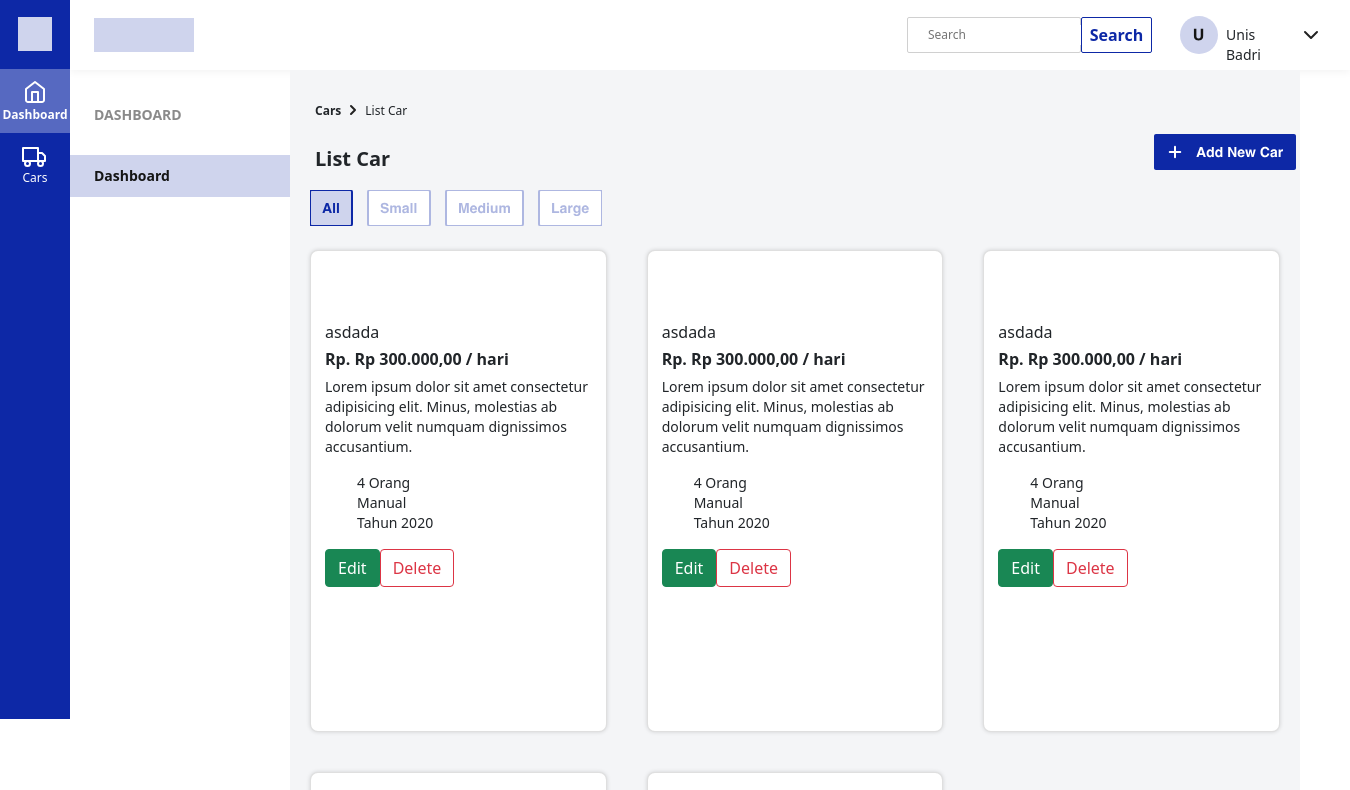
Repository: farrelmuhammad/challenge-7-binar
Page: /carlist
The author's editor kept a copy of each file at every save. The page is drawn from the files as they stood at one save, then again after the next save.
The browser window is 1280 px wide. The page is 1350 px wide, so the pictures cover 1350 px, including what lies to the right of the window. The pictures show the whole page.
An inner scrolling area shows only its first screen. The project was rebuilt for these pictures with package versions that can differ from the ones it lists, and the page was loaded fresh each time. Also part of the build but not shown: src/component/navbar.js, src/component/header.js, src/component/footer.js, src/App.js, src/component/admin/Dashboard/index.jsx, src/pages/admin/Dashboard.js, src/component/searchForm.js, src/pages/cars.js.

Above is the page before, as saved 2022-05-27 19:59:39.

After the next save:
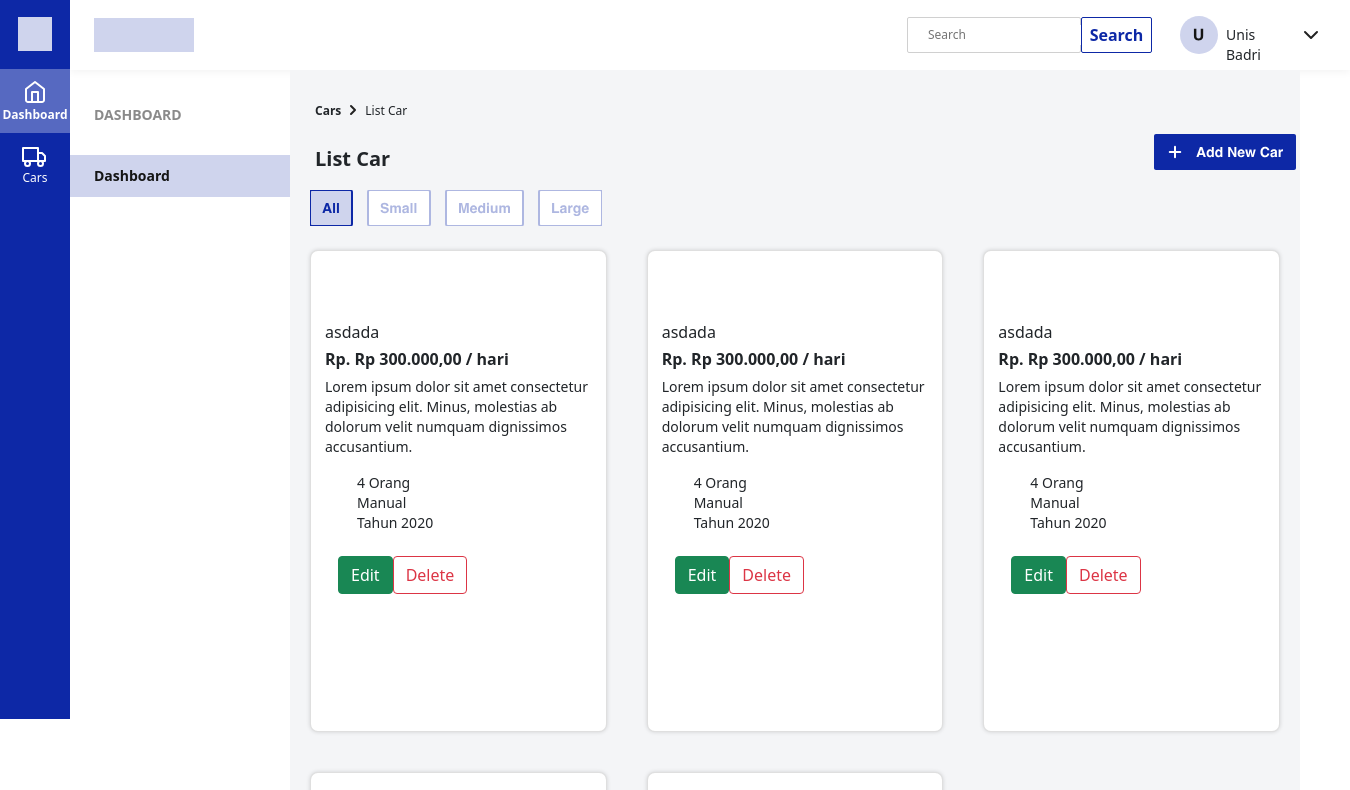
Saved 45 s later.
--- a/src/component/admin/Cars/index.jsx
+++ b/src/component/admin/Cars/index.jsx
@@ -87,8 +87,10 @@ const CarsListContent= () => {
                             <li>Manual</li>
                             <li>Tahun 2020</li>
                         </ul>
-                        <Link to='/' className="btn btn-success text-white">Edit</Link>
-                        <Link to='/' className="btn btn-outline-danger">Delete</Link>
+                        <div className="btn">
+                            <Link to='/' className="btn btn-success text-white">Edit</Link>
+                            <Link to='/' className="btn btn-outline-danger">Delete</Link>
+                        </div>
                     </div>
                 </div>
             ))}
